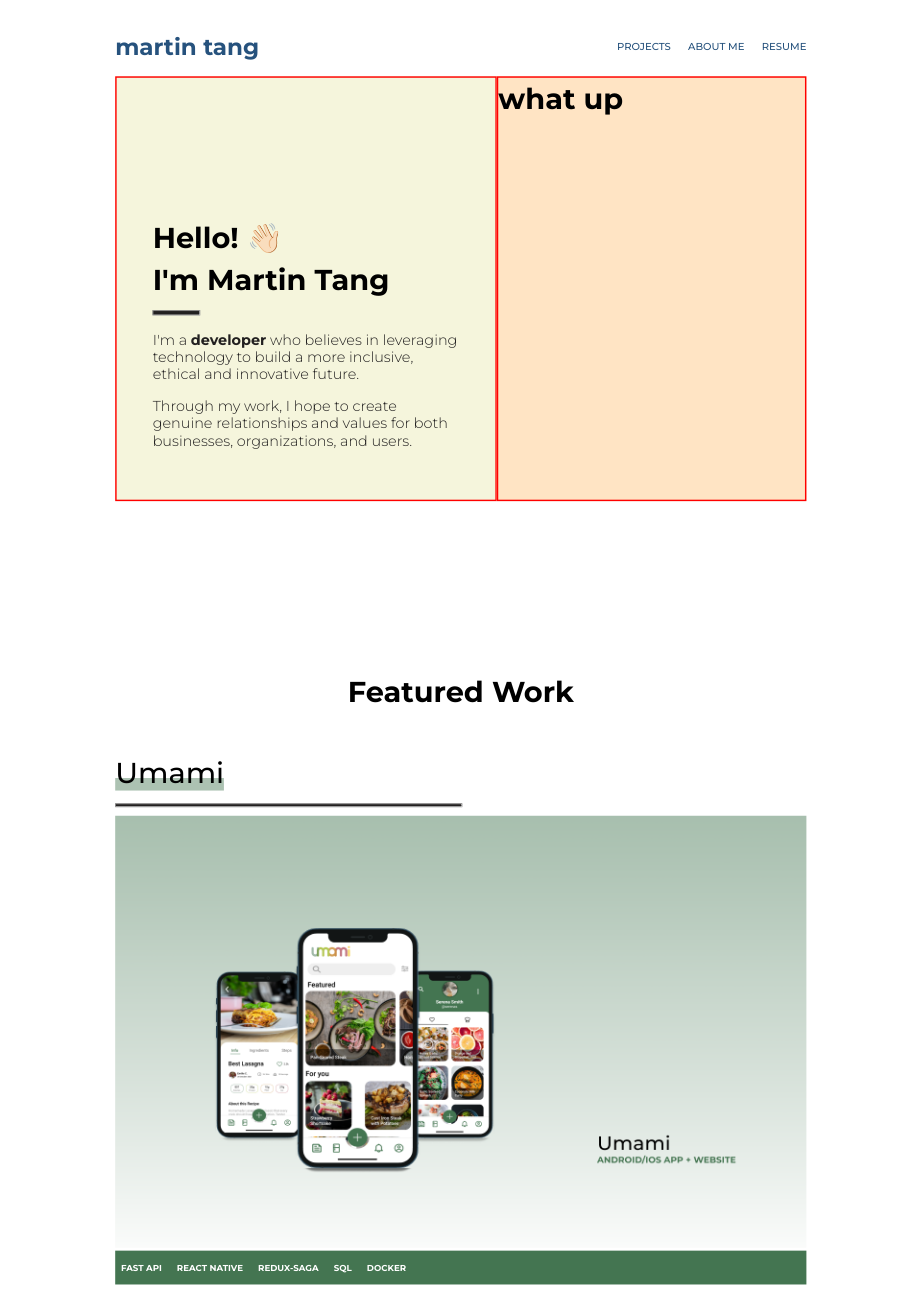
Repository: TangMartin/martintang
Page: index.html
These files come from the project's save history. The page is drawn as it stood at one moment and after the next save; the edit follows.
The browser window is 1280 px wide. The pictures show the whole page, at 72% of full size.

Above is the page before, as saved 2021-11-24 00:42:30.

### index.html
<!DOCTYPE html>

<html>
    <head>
        <link href="./styles/style.css" rel="stylesheet">
        <link rel="preconnect" href="https://fonts.googleapis.com">
        <link rel="preconnect" href="https://fonts.gstatic.com" crossorigin>
        <link href="https://fonts.googleapis.com/css2?family=Montserrat:wght@300;500;700&display=swap" rel="stylesheet">
        <title> Martin Tang</title>
    </head>

    <body>
        <div class="topnav">
            <a class="name" href="./index.html" style="font-weight: bold; font-size: 32px;">martin tang</a>
            <a class="tabs" href="./Martin_Tang_Resume.pdf" download>RESUME</a>
            <a class="tabs" href="./pages/aboutme.html">ABOUT ME</a>
            <a class="tabs" href="./pages/projects.html">PROJECTS</a>
        </div>
        <div class="flex-main">
            <div class="flex-left">
                <h1>Hello! <span class="wave">👋🏻</span> </h1>
                <h1>I'm Martin Tang</h1>
                <hr style="height:5px; width:15%; margin-left:0; background-color:#222020; display: inline-block">
                <h3>I'm a <strong>developer</strong> who believes in leveraging technology to build a more inclusive, ethical and innovative future. </h3>
                <h3>Through my work, I hope to create genuine relationships and values for both businesses, organizations, and users.</h3>
            </div>
            <div class="flex-right">
                <h1> what up</h1>
            </div>
        </div>
        <div class="featured_work">
            <!-- Featured Work -->
            <h1 style="text-align: center; padding-top: 5rem;"> Featured Work </h1>
            <ul class="work_list">

                <!-- Umami -->
                <li class="work_item">
                    <h1><span class="highlight" style="--highlighter-color: #ACC2B2">Umami</span></h1>
                    <hr style="height:2.5px; width:50%; margin-left:0; background-color:#222020; display: inline-block">
                    <img class="work_image" src="./assets/images/Umami.png" />
                    <div class="technologies"  style="--technology-color: #447551">
                        <p>FAST API</p>
                        <p>REACT NATIVE</p>
                        <p>REDUX-SAGA</p>
                        <p>SQL</p>
                        <p>DOCKER</p>
                    </div>
                </li>
            </ul>
        </div>
    </body>
</html>

### styles/style.css
:root {
    --highlighter-color: #EEDF5B;
    --technology-color: #000000;
}

body {
    max-width: 60rem;
    margin-right: auto;
    margin-left: auto;
    width: 80vw;
    padding-top: 2rem;
}

body,
h1,
h2,
h3,
h4,
h5 {
  font-family: 'Montserrat', sans-serif;
}

h1 {
    font-size: 40px;
    margin: 5px 0px 10px 0px;
}

h3 {
    margin-top: 10px;
    color: #222020;
    font-size: 20px;
    font-weight: 300;
}

/* NAV BAR */
.topnav {
    flex-direction: row;
    margin-bottom: 1rem;
}
.topnav a {
    font-family: 'Montserrat', sans-serif;
    color: #26527D;
    line-height:50px;
    text-decoration: none;
}
.topnav a:hover {
    color: green;
  }
.tabs {
    float: right;
    line-height:50px;
    font-size: 14px;
    padding-left: 24px;
}

/* MAIN PAGE */
.flex-main {
    display: flex;
    flex-direction: row;
}
.flex-left {
    width: 50%;
    padding: 50px;
    padding-top: 12rem;
    background-color: beige;
    border: 2px solid red;
}
.flex-right {
    width: 50%;
    background-color: bisque;
    border: 2px solid red;
}

.wave {
    animation-name: wave-animation;  /* Refers to the name of your @keyframes element below */
    animation-duration: 2.5s;        /* Change to speed up or slow down */
    animation-iteration-count: infinite;  /* Never stop waving :) */
    transform-origin: 70% 70%;       /* Pivot around the bottom-left palm */
    display: inline-block;
  }

  @keyframes wave-animation {
      0% { transform: rotate( 0.0deg) }
     10% { transform: rotate(14.0deg) }  /* The following five values can be played with to make the waving more or less extreme */
     20% { transform: rotate(-8.0deg) }
     30% { transform: rotate(14.0deg) }
     40% { transform: rotate(-4.0deg) }
     50% { transform: rotate(10.0deg) }
     60% { transform: rotate( 0.0deg) }  /* Reset for the last half to pause */
    100% { transform: rotate( 0.0deg) }
  }

/* FEATUERED WORK */
.featured_work {
    margin-top: 10rem;
}
.work_list {
    list-style: none;
    padding-left: 0;
}
.work_item {
    margin-top: 4rem;
}
.work_image {
    max-width: 100%;
}
.highlight {
    background: linear-gradient(180deg, #FFFFFF 65%, var(--highlighter-color) 65%);
    font-weight: 400;
}
.technologies {
    display: flex;
    flex-direction:row;
    background: var(--technology-color);
}
.technologies p {
    font-size: 12px;
    margin-right: 5px;
    color: #FFFFFF;
    font-weight: 600;
    border-radius:15px;
    padding: 4px 8px 4px 8px;
}

After the next save:
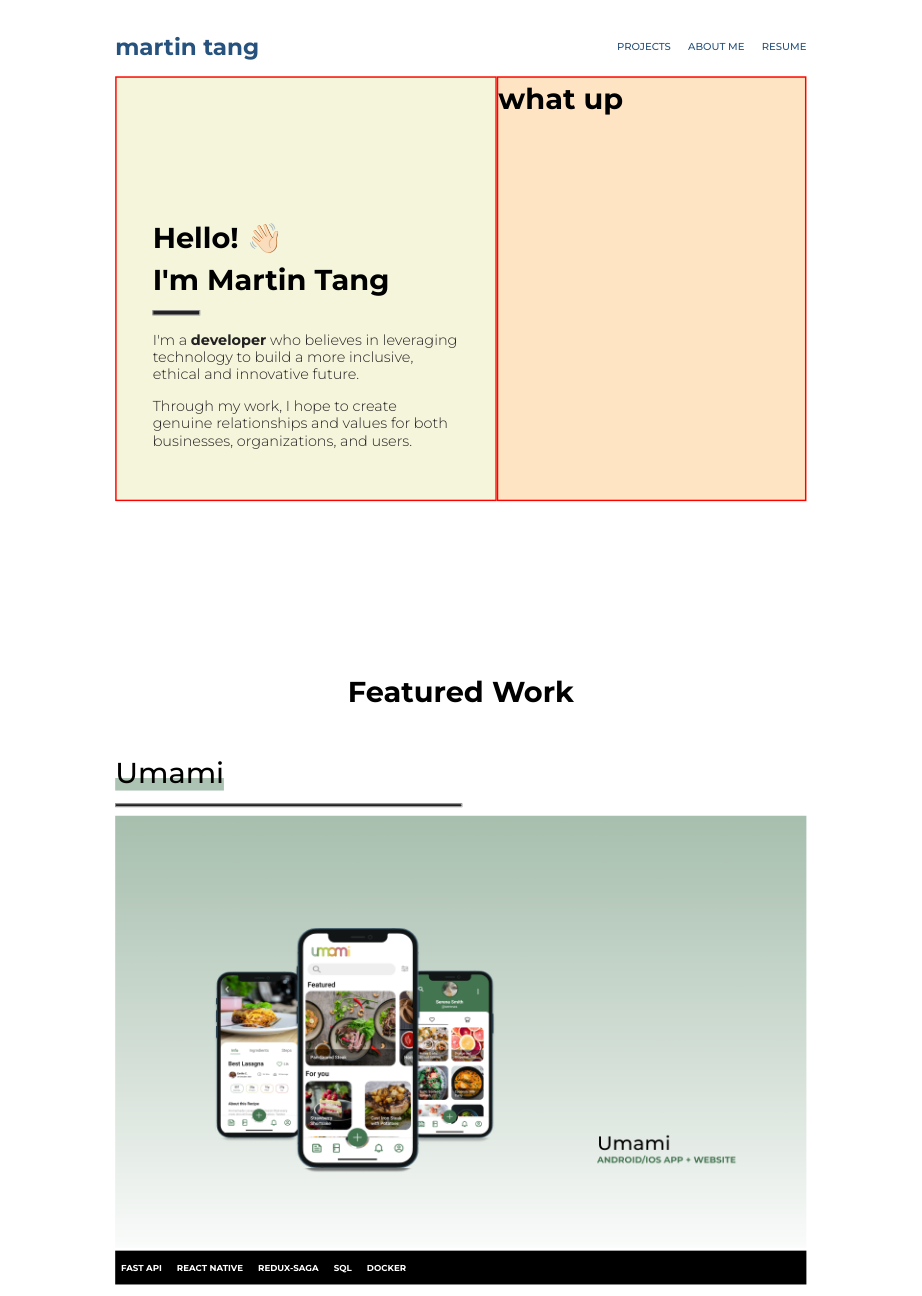
Saved 19 s later.
--- a/index.html
+++ b/index.html
@@ -38,7 +38,7 @@
                     <h1><span class="highlight" style="--highlighter-color: #ACC2B2">Umami</span></h1>
                     <hr style="height:2.5px; width:50%; margin-left:0; background-color:#222020; display: inline-block">
                     <img class="work_image" src="./assets/images/Umami.png" />
-                    <div class="technologies"  style="--technology-color: #447551">
+                    <div class="technologies" style=".technologies p{--technology-color: #447551}">
                         <p>FAST API</p>
                         <p>REACT NATIVE</p>
                         <p>REDUX-SAGA</p>
